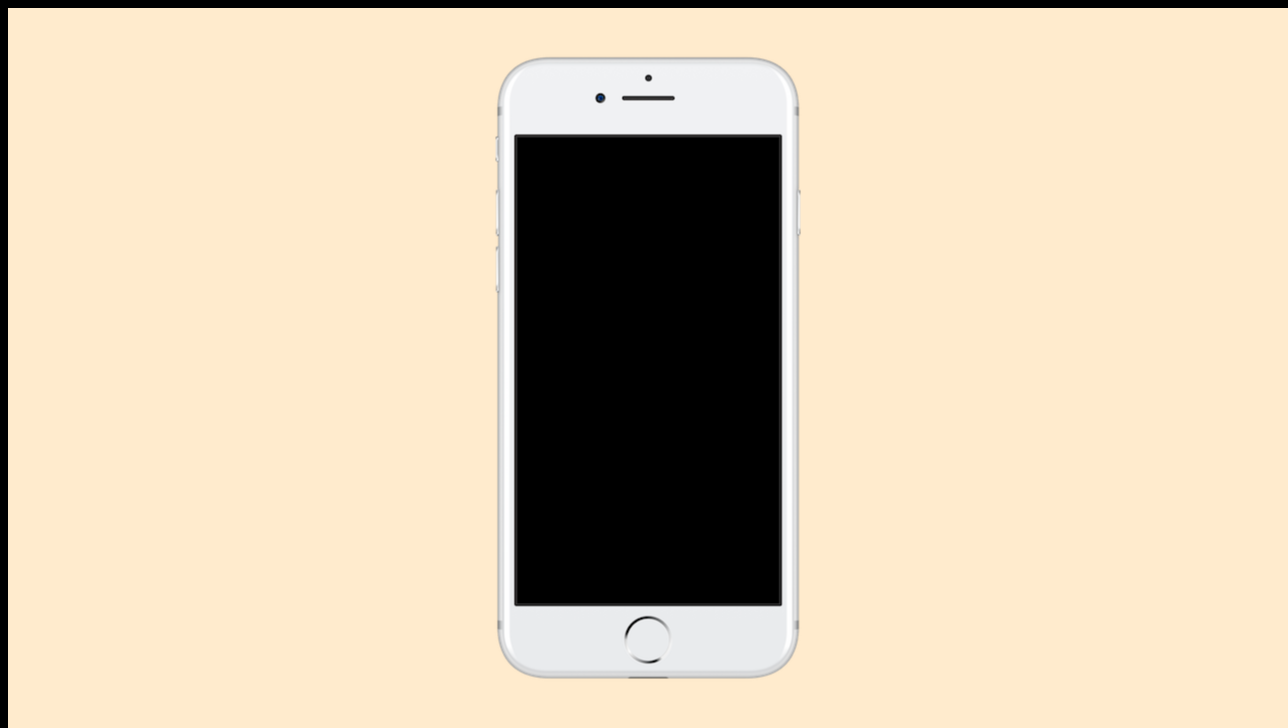
Repository: DorivalJunior14/Projeto-social
Page: index.html
The author's editor kept a copy of each file at every save. The page is drawn from the files as they stood at one save, then again after a run of saves.
The browser window is 1280 px wide. The page is 1288 px wide, so the pictures cover 1288 px, including what lies to the right of the window. The pictures show the whole page.

Above is the page before, as saved 2022-06-24 14:08:22.

After the next 2 saves:
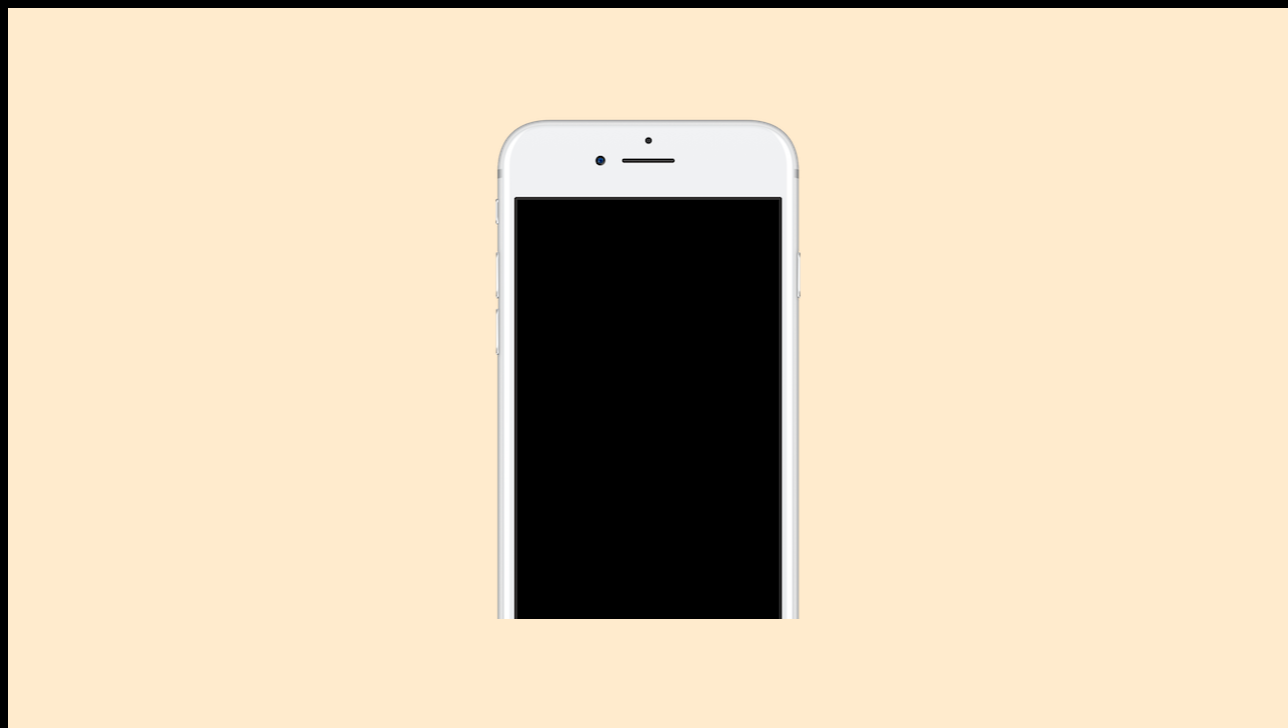
The 2 saves are shown as one change because they came seconds apart.
The last was saved 77 s later.
--- a/estilos/style.css
+++ b/estilos/style.css
@@ -24,7 +24,7 @@ section#telefone {
     top: 50%;
     left: 50%;
     transform: translate(-50%,-50%);
-    height: 627px;
+    height: 502px;
     width: 311px;
     background-color: blue;
     background: url('../imagens/frame-iphone.png');
